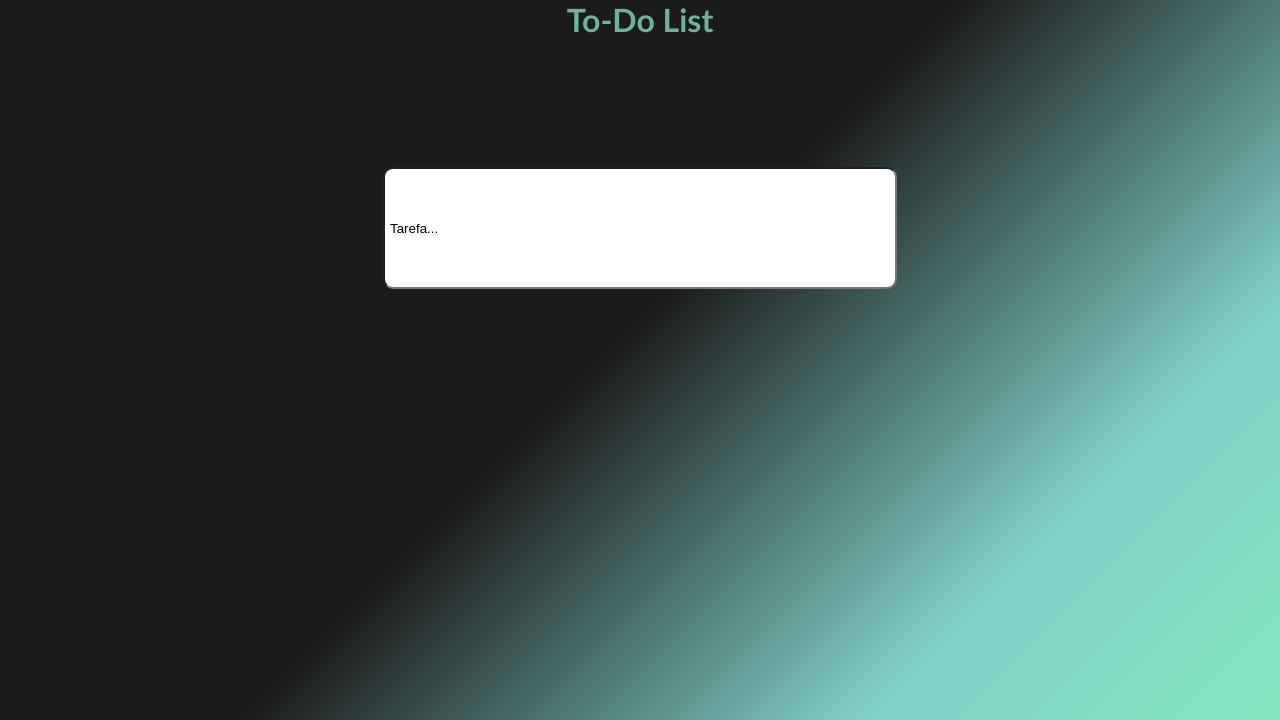
Repository: PetersonAntonyDev/python-flask-
Page: index.html
An editor plug-in stored every save of this project. The page is shown before and after the next save, followed by the edit.
The browser window is 1280 px wide. The pictures show the whole page.

Above is the page before, as saved 2022-07-26 10:16:01.

After the next save:
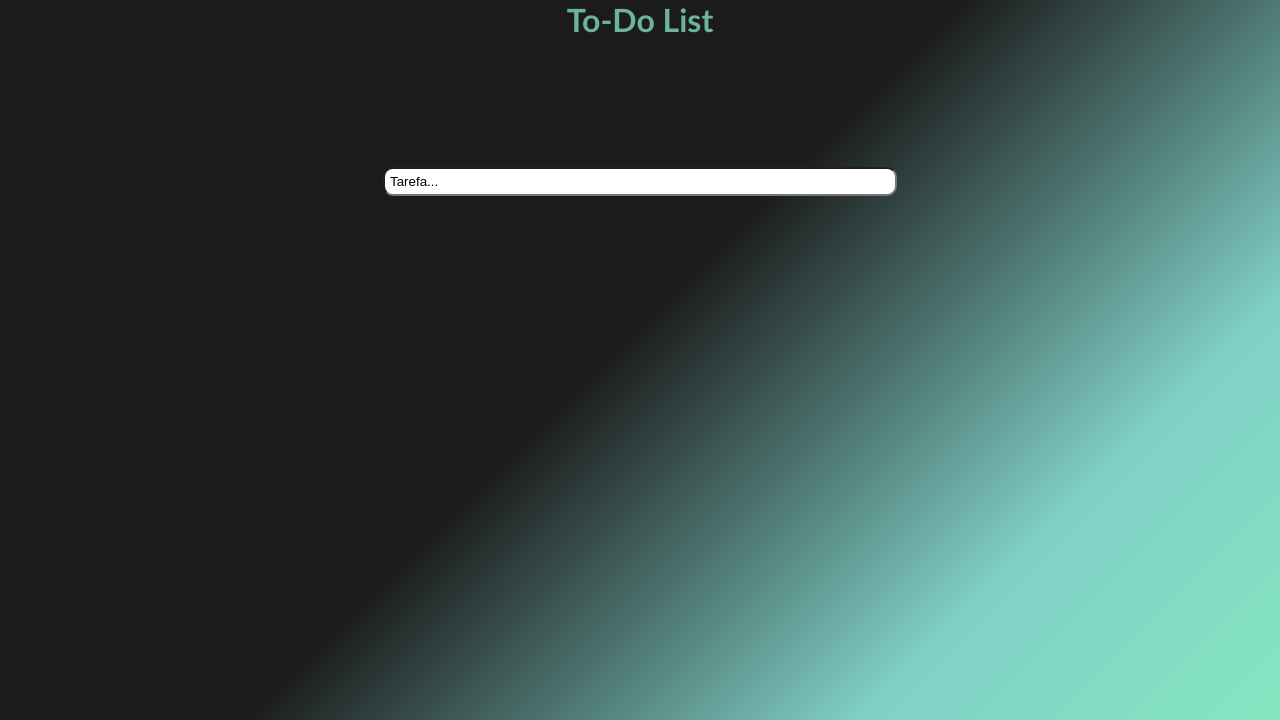
Saved 10 s later.
--- a/style.css
+++ b/style.css
@@ -22,7 +22,6 @@ header {
 }
 
 .task {
-    height: 15vh;
     width: 500px;
     border-radius: 10px;
     padding: 5px;
